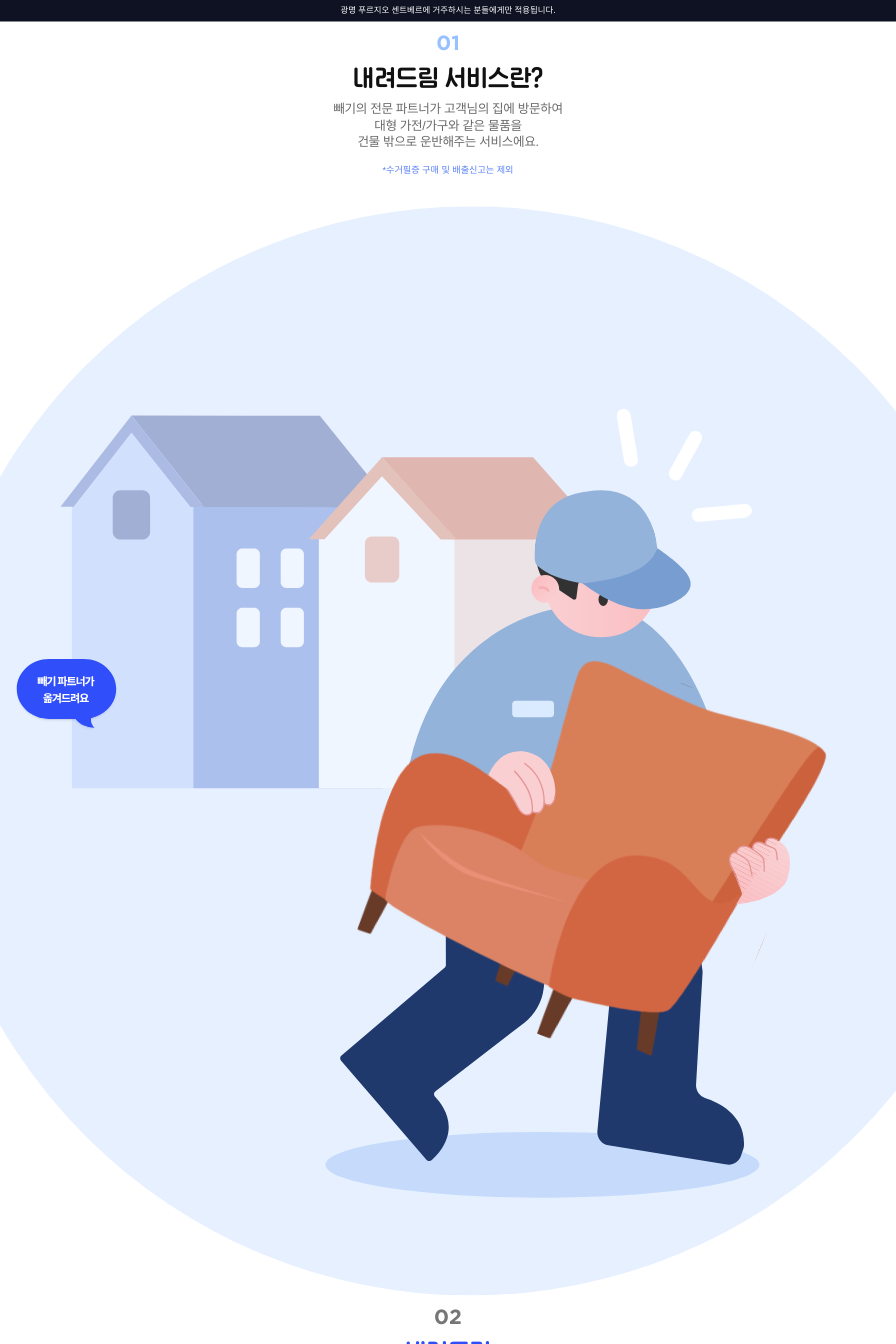
Repository: seraLeeDev/lgthinq-test
Page: index2.html
An editor plug-in stored every save of this project. The page is shown before and after the next save, followed by the edit.
The browser window is 1280 px wide. The pictures show the part of the page from y = 3444 to 5364 px (the page is 19098 px tall before and 19053 px after), at 70% of full size.
Some web fonts or font styles are not loaded; a fallback is used.

Above is the page before, as saved 2023-03-15 12:59:18.
Console error: ReferenceError: AOS is not defined

### index2.html
<!DOCTYPE html>
<html lang="ko">
  <head>
    <meta charset="UTF-8" />
    <meta http-equiv="X-UA-Compatible" content="IE=edge" />
    <meta name="viewport" content="width=device-width, initial-scale=1.0" />
    <title>빼기 | 새롭게 버리는 공식</title>
    <link as="style" rel="stylesheet" href="/css/reset.css" />
    <link as="style" rel="stylesheet" href="/css/font.css" />
    <link as="style" rel="stylesheet" href="/css/style.css" />
    <link href="https://unpkg.com/aos@2.3.1/dist/aos.css" rel="stylesheet" />
    <link
      rel="stylesheet"
      href="https://cdn.jsdelivr.net/gh/orioncactus/pretendard@v1.3.5/dist/web/static/pretendard-dynamic-subset.css"
    />
    <link
      rel="apple-touch-icon"
      sizes="57x57"
      href="/icons/apple-icon-57x57.png"
    />
    <link
      rel="apple-touch-icon"
      sizes="60x60"
      href="/icons/apple-icon-60x60.png"
    />
    <link
      rel="apple-touch-icon"
      sizes="72x72"
      href="/icons/apple-icon-72x72.png"
    />
    <link
      rel="apple-touch-icon"
      sizes="76x76"
      href="/icons/apple-icon-76x76.png"
    />
    <link
      rel="apple-touch-icon"
      sizes="114x114"
      href="/icons/apple-icon-114x114.png"
    />
    <link
      rel="apple-touch-icon"
      sizes="120x120"
      href="/icons/apple-icon-120x120.png"
    />
    <link
      rel="apple-touch-icon"
      sizes="144x144"
      href="/icons/apple-icon-144x144.png"
    />
    <link
      rel="apple-touch-icon"
      sizes="152x152"
      href="/icons/apple-icon-152x152.png"
    />
    <link
      rel="apple-touch-icon"
      sizes="180x180"
      href="/icons/apple-icon-180x180.png"
    />
    <link
      rel="icon"
      type="image/png"
      sizes="192x192"
      href="/icons/android-icon-192x192.png"
    />
    <link
      rel="icon"
      type="image/png"
      sizes="32x32"
      href="/icons/favicon-32x32.png"
    />
    <link
      rel="icon"
      type="image/png"
      sizes="96x96"
      href="/icons/favicon-96x96.png"
    />
    <link
      rel="icon"
      type="image/png"
      sizes="16x16"
      href="/icons/favicon-16x16.png"
    />
    <script type="text/javascript" src="/js/index.js"></script>
    <script src="https://unpkg.com/aos@2.3.1/dist/aos.js"></script>
  </head>
  <body>
    <div class="wrapper">
      <!-- 메인 -->
      <article class="article-box">
        <div class="box-img-full">
          <img src="./img/[LG ThinQ] main img.gif" alt="내려드림,할인드림" />
        </div>
        <div class="main-notice">
          <p>광명 푸르지오 센트베르에 거주하시는 분들에게만 적용됩니다.</p>
        </div>
      </article>
      <!-- ThinQ & 빼기 설명 -->
      <article></article>
      <!-- 내려드림 소개 -->
      <article>
        <!-- 01. 내려드림 서비스란? -->
        <section class="section-wrap">
          <div class="box-content sec1">
            <b class="index text-blue-04-variation">01</b>
            <h2 class="GGothic h2">내려드림 서비스란?</h2>
            <p class="section-desc">
              빼기의 전문 파트너가 고객님의 집에 방문하여<br />
              대형 가전/가구와 같은 물품을<br />
              건물 밖으로 운반해주는 서비스에요.
            </p>
            <small class="section-caption text-blue-03"
              >*수거필증 구매 및 배출신고는 제외</small
            >
          </div>
          <div class="box-img-bubble">
            <img
              src="/img/01_bubble.svg"
              alt="빼기 파트너가 옮겨드려요 말풍선"
            />
          </div>
          <div class="box-img-full">
            <img src="/img/01_illust.svg" alt="사람이 물건을 옮기는 일러스트" />
          </div>
        </section>
        <!-- 02. 내려드림 추천 -->
        <section>
          <div class="box-content">
            <b class="index text-gray76">02</b>
            <h2 class="GGothic h2">
              <span class="text-blue-02">내려드림</span><br />
              이런 분들에게 추천해요!
            </h2>
          </div>

          <ul class="img-card-list">
            <li>
              <img src="./img/02_illust_1.svg" alt="무거운 물건 일러스트" />
            </li>
            <li>
              <img src="./img/02_illust_2.svg" alt="저렴한 가격 일러스트" />
            </li>
            <li>
              <img src="./img/02_illust_3.svg" alt="카드 결제 일러스트" />
            </li>
          </ul>
        </section>
        <!-- 03. 가격 설명 -->
        <section class="bg-receipt">
          <div class="box-content">
            <b class="index text-blue-04">03</b>
            <h2 class="GGothic h2">
              타 업체보다 <br /><span class="text-blue-etc text-highlight"
                >평균 40% 저렴</span
              >해요!
            </h2>
            <p class="section-desc">
              타 업체 견적가 데이터 기준으로<br />
              비교한 금액이에요.
            </p>
          </div>
          <ul class="img-card-list">
            <li>
              <img src="./img/03_illust_1.svg" alt="2인용 소파 가격 그래프" />
            </li>
            <li>
              <img src="./img/03_illust_2.svg" alt="2단 서랍장 가격 그래프" />
            </li>
          </ul>
        </section>
        <!-- 04. 내려드림 신청 방법 -->
        <section class="bg-blue02">
          <div class="box-content">
            <b class="index text-blue-04">04</b>
            <h2 class="GGothic h2 text-white">내려드림 신청 방법</h2>

            <div class="box-content">
              <span class="box-chip GGothic text-white bg-orange02 font-normal"
                >신청 전 확인하기</span
              >
              <div class="box-img-half">
                <img src="./img/apply_step0.svg" alt="회원가입 이미지" />
              </div>
              <p class="text-white section-desc sec4">
                <span class="text-yellow"
                  >이벤트 페이지에서 앱으로 설치·이동 후 <br />회원가입</span
                >을 해주세요
              </p>
            </div>
            <div class="bg-indigo box-caution">
              <img
                class="img-caution"
                src="./img/cancel_impossible_100_filled_gray.svg"
                alt="주의 아이콘"
              />
              <small class="text-indigo text-caution"
                >이벤트 페이지를 통하지 않으면 할인 혜택을 받기 어려워요.<br />
                꼭! 이벤트 페이지를 통해 빼기 앱을 설치해주세요.</small
              >
            </div>
            <div>
              <span class="box-chip GGothic text-white bg-lightblue Gotham"
                >STEP 01</span
              >
              <div class="box-img-half">
                <img src="./img/apply_step1.svg" alt="내려드림 선택 이미지" />
              </div>
              <p class="text-white section-desc sec4">
                메인 - 대형폐기물 탭 - 대신 버려주세요
              </p>
            </div>

            <div>
              <span class="box-chip GGothic text-white bg-lightblue Gotham"
                >STEP 02</span
              >
              <div class="box-img-half">
                <img src="./img/apply_step2.svg" alt="배출장소 선택 이미지" />
              </div>
              <p class="text-white section-desc sec4">
                물품 정보 입력 후 신청페이지에서<br />
                배출물품을 내려놓을 장소를 입력해주세요.
              </p>
            </div>
            <div>
              <span class="box-chip GGothic text-white bg-lightblue Gotham"
                >STEP 03</span
              >
              <div class="box-img-half">
                <img src="./img/apply_step3.svg" alt="내려드림 작업 이미지" />
              </div>
              <p class="text-white section-desc sec4">
                파트너님이 방문해서<br />
                지정하신 장소에 물품을 내려드려요.
              </p>
            </div>
            <div>
              <span class="box-chip GGothic text-white bg-lightblue Gotham"
                >STEP 04</span
              >
              <div class="box-img-half">
                <img src="./img/apply_step4.svg" alt="수거필증 구매 이미지" />
              </div>
              <p class="text-white section-desc sec4">
                작업 완료 후 고객님이<br />
                수거필증을 구매해주셔야해요.
              </p>
            </div>
            <div>
              <span class="box-chip GGothic text-white bg-lightblue Gotham"
                >STEP 05</span
              >
              <div class="box-img-half">
                <img src="./img/apply_step5.svg" alt="빼기번호 부착 이미지" />
              </div>
              <p class="text-white section-desc sec4">
                수거필증 결제 후 제공되는 빼기 번호를<br />
                배출 물품에 떨어지지 않도록 부착해주세요.
              </p>
            </div>
          </div>
        </section>
      </article>
      <!-- 05 : 자주묻는 질문-->
      <article class="bg-black">
        <section>
          <div class="box-content">
            <b class="index text-blue-02">05</b>
            <h2 class="GGothic h2 text-white">자주 묻는 질문</h2>
            <p class="section-desc text-grayb9">
              내려드림과 관련한<br />
              자주 묻는 질문을 정리해뒀어요.
            </p>
          </div>

          <ul class="faq-list">
            <li>
              <div class="faq-head">
                <h5 class="font-bold text-question">Q. 내려드림이 뭐에요?</h5>
                <i class="btn-faq-toggle">
                  <img src="/img/icon_plus_24_black.svg" alt="플러스 버튼" />
                </i>
              </div>
              <p class="text-answer font-normal">
                내려드림이란 빼기의 전문 파트너가 고객님의 집에 방문하여 대형
                가전/가구와 같은 물품을 건물 밖으로 운반해주는 서비스입니다.
              </p>
            </li>
            <li>
              <div class="faq-head">
                <h5 class="font-bold text-question">
                  Q. 수거 필증을 왜 구매해야 하나요?
                </h5>
                <i class="btn-faq-toggle">
                  <img src="/img/icon_plus_24_black.svg" alt="플러스 버튼" />
                </i>
              </div>
              <p class="text-answer font-normal">
                지자체에서 발급되는 수거필증을 구매해야만 내려드림으로 신청하신
                물품이 수거가 됩니다.
              </p>
            </li>
            <li>
              <div class="faq-head">
                <h5 class="font-bold text-question">
                  Q. ThinQ 회원 5% 할인은 어떻게 받나요?
                </h5>
                <i class="btn-faq-toggle">
                  <img src="/img/icon_plus_24_black.svg" alt="플러스 버튼" />
                </i>
              </div>
              <p class="text-answer font-normal">
                이벤트 페이지 내 버튼을 통하여 빼기 앱 설치 후 광명 푸르지오
                센트베르 거주자에 한하여 할인 혜택이 적용됩니다.
              </p>
            </li>
            <li>
              <div class="faq-head">
                <h5 class="font-bold text-question">
                  Q. 일정 변경이 가능한가요?
                </h5>
                <i class="btn-faq-toggle">
                  <img src="/img/icon_plus_24_black.svg" alt="플러스 버튼" />
                </i>
              </div>
              <p class="text-answer font-normal">
                파트너 매칭 전에는 일정 변경이 언제든 가능하며, 파트너 매칭 후
                일정 변경을 희망하실 경우, 매칭 된 빼기 파트너와 직접 일정을
                협의하셔야 합니다.
              </p>
            </li>
            <li>
              <div class="faq-head">
                <h5 class="font-bold text-question">Q. 그 외 질문</h5>
                <i class="btn-faq-toggle">
                  <img src="/img/icon_plus_24_black.svg" alt="플러스 버튼" />
                </i>
              </div>
              <div>
                <p class="text-answer font-normal">
                  빼기 FAQ 페이지에서 더 많은 질문을 확인할 수 있습니다.
                </p>
                <a class="btn-faq-link">다른 질문 확인하기</a>
              </div>
            </li>
          </ul>
        </section>
        <footer>
          <div class="box-img-full">
            <img src="/img/banner.svg" alt="내려드림 이동 배너" />
          </div>
          <div class="footer-logo">
            <p class="text-white">새롭게 버리는 공식</p>
            <img src="/img/bbegi_app_logo.svg" alt="빼기 로고" />
          </div>
        </footer>
      </article>
      <!-- 플로팅 버튼 -->
      <!-- <div class="box-float">
        <button class="btn-float font-bold">빼기 바로가기</button>
      </div> -->
    </div>
  </body>
</html>

### css/font.css
@charset "UTF-8";

@font-face {
  font-family: "Pretendard";
  src: url("https://cdn.jsdelivr.net/gh/orioncactus/pretendard@v1.3.5/dist/web/static/pretendard-dynamic-subset.css");
}

@font-face {
  font-family: "HGSoftGGothicssi";
  font-style: normal;
  font-weight: 100;
  src: url(/font/HGSoftGGothicssi-00g.woff2) format("woff2"),
    url(/font/HGSoftGGothicssi-00g.woff) format("woff"),
    url(/font/HGSoftGGothicssi-00g.otf) format("opentype");
}

@font-face {
  font-family: "HGSoftGGothicssi";
  font-style: normal;
  font-weight: 200;
  src: url(/font/HGSoftGGothicssi-20g.woff2) format("woff2"),
    url(/font/HGSoftGGothicssi-20g.woff) format("woff"),
    url(/font/HGSoftGGothicssi-20g.otf) format("opentype");
}

@font-face {
  font-family: "HGSoftGGothicssi";
  font-style: normal;
  font-weight: 400;
  src: url(/font/HGSoftGGothicssi-40g.woff2) format("woff2"),
    url(/font/HGSoftGGothicssi-40g.woff) format("woff"),
    url(/font/HGSoftGGothicssi-40g.otf) format("opentype");
}

@font-face {
  font-family: "HGSoftGGothicssi";
  font-style: normal;
  font-weight: 600;
  src: url(/font/HGSoftGGothicssi-60g.woff2) format("woff2"),
    url(/font/HGSoftGGothicssi-60g.woff) format("woff"),
    url(/font/HGSoftGGothicssi-60g.otf) format("opentype");
}

@font-face {
  font-family: "HGSoftGGothicssi";
  font-style: normal;
  font-weight: 800;
  src: url(/font/HGSoftGGothicssi-80g.woff2) format("woff2"),
    url(/font/HGSoftGGothicssi-80g.woff) format("woff"),
    url(/font/HGSoftGGothicssi-80g.otf) format("opentype");
}

@font-face {
  font-family: "HGSoftGGothicssi";
  font-style: normal;
  font-weight: 900;
  src: url(/font/HGSoftGGothicssi-90g.woff2) format("woff2"),
    url(/font/HGSoftGGothicssi-90g.woff) format("woff"),
    url(/font/HGSoftGGothicssi-90g.otf) format("opentype");
}

@font-face {
  font-family: "Gotham";
  font-style: normal;
  font-weight: 700;
  src: url(/font/Gotham-Bold.woff2) format("woff2"),
    url(/font/Gotham-Bold.woff) format("woff"),
    url(/font/Gotham-Bold.otf) format("opentype");
}

### css/style.css
@charset "UTF-8";
/*
*
* TYPOGRAPHY
*
*/
html,
body,
.wrapper {
  font-family: "Pretendard", sans-serif !important;
  font-size: 10px; /*1rem: 10px*/
}
.GGothic {
  font-family: "HGSoftGGothicssi", sans-serif !important;
}
.Gotham {
  font-family: "Gotham", sans-serif !important;
}
.font-normal {
  font-weight: 400 !important;
}
.font-semiBold {
  font-weight: 600 !important;
}
.font-bold {
  font-weight: 800 !important;
}
.font-extraBold {
  font-weight: 900 !important;
}
.index {
  font-family: "Gotham", sans-serif !important;
  font-size: 6rem;
}
.h2 {
  margin-bottom: 12px;
  text-align: center;
  font-size: 7rem !important;
  line-height: 0.6;
  color: #111;
}
.section-desc {
  font-size: 1.8rem;
  line-height: 1.3;
  color: #6a6a6a;
  letter-spacing: -0.5px;
}
.section-caption {
  display: inline-block;
  margin-top: 22px;
  font-size: 13px;
}
.text-gray-01 {
  color: #111111 !important;
}
.text-blue-02 {
  color: #304ffb !important;
}
.text-blue-03 {
  color: #5980f9 !important;
}
.text-blue-04 {
  color: #8fb5ff !important;
}
.text-blue-04-variation {
  color: #98c1ff !important;
}
.text-blue-etc {
  color: #2285fa !important;
}
.text-indigo {
  color: #9aa9ff !important;
}
.text-white {
  color: #fff;
}
.text-grayb9 {
  color: #b9b9b9 !important;
}
.text-gray76 {
  color: #767676 !important;
}
.text-yellow {
  color: #ffed8f !important;
}
.index {
  margin-bottom: 15px;
}
.text-caution {
  font-size: 1.2rem;
  line-height: 1.2;
}
.text-question {
  font-size: 1.8rem;
}
.text-answer {
  width: 90%;
  margin-top: 20px;
  font-size: 1.6rem;
  line-height: 1.2;
}
.text-answer::before {
  content: "•";
  padding-right: 5px;
}
/*
*
* COMMON
*
*/

.box-img-full {
  width: 100%;
}
.box-img-full img,
.box-img-half img {
  width: 100%;
  vertical-align: bottom;
}
.box-img-half {
  width: 50%;
  margin: 0 auto;
}
.box-content {
  width: 100%;
  text-align: center;
}
.box-content .sec1 {
  padding: 90px 54px 0;
}
.box-caution {
  display: flex;
  flex-direction: column;
  justify-content: center;
  align-items: center;
  padding: 40px;
}
.box-float {
  position: fixed;
  bottom: 135px;
  display: flex;
  justify-content: center;
  align-items: center;
  width: 100%;
  height: 75px;
}
.box-chip {
  padding: 0.5rem 1.5rem;
  font-size: 2.8rem;
  font-weight: 700;
  border-radius: 50px;
  color: white;
  text-align: center;
  letter-spacing: 0;
}
.bg-orange02 {
  background-color: #f78752 !important;
}
.bg-lightblue {
  background-color: #7d9aff !important;
}
.bg-blue02 {
  background-color: #304ffb !important;
}
.bg-indigo {
  background-color: #192250 !important;
}
.bg-black {
  background-color: #262626 !important;
}
.bg-receipt {
  padding: 100px 0;
  background-color: #edf1ff;
  position: relative;
}
.bg-receipt::before,
.bg-receipt::after {
  position: absolute;
  content: "●●●●●●●●●●●●●●●●●●";
  font-size: 2rem;
  letter-spacing: 6px;
}
.bg-receipt::before {
  color: white;
  top: -10px;
}
.bg-receipt::after {
  color: #304ffb;
  bottom: -10px;
}
.img-card-list {
  width: 100%;
}
.img-card-list li {
  padding: 0 20px;
  margin-bottom: 20px;
}
.img-card-list li:last-child {
  margin: 0;
}
.img-card-list li img {
  width: 100%;
}
.main-notice {
  width: 100%;
  padding: 10px 0;
  background: #0e1222;
}
.main-notice p {
  width: 100%;
  text-align: center;
  font-size: 1.2rem;
  color: #fff;
}
/* article 1 style */
.section-wrap {
  position: relative;
}
.box-img-bubble {
  position: absolute;
  top: 50%;
  left: 20px;
  width: 150px;
}
.box-img-bubble img {
  width: 100%;
}
.section-wrap .box-img-full {
  margin-top: 45px;
}

/* article 2 style */
/* article 3 style */
.text-highlight {
  padding: 0 5px;
  background: url(/img/marker_line.svg) no-repeat 50% 120%;
  background-size: 100%;
}
/* article 4 style */
.section-desc .sec4 {
  letter-spacing: -0.3px;
  font-weight: 400;
}
.img-caution {
  display: block;
  width: 30px;
}
/* article 5 style */
.faq-list {
  padding: 0 24px;
  color: #b9b9b9;
}
.faq-list li {
  padding: 30px 0;
  border-bottom: 1px solid #666666;
}
.faq-list li:last-child {
  border-bottom: none;
}
.faq-head {
  display: flex;
  justify-content: space-between;
  align-items: center;
  width: 100%;
}
/* footer */
.footer-logo {
  display: flex;
  flex-direction: column;
  justify-content: center;
  align-items: center;
  padding: 70px 0;
}
.footer-logo p {
  font-size: 1.8rem;
  margin-bottom: 10px;
}
.footer-logo img {
  width: 100px;
}
/*
*
*BUTTON
*
*/
.btn-faq-toggle {
  display: flex;
  justify-content: center;
  align-items: center;
  width: 40px;
  height: 40px;
}
.btn-faq-toggle img {
  display: block;
  width: 18px;
  height: 18px;
}
.btn-faq-link {
  display: inline-block;
  padding: 10px 15px;
  margin-top: 18px;
  border: 1px solid #b9b9b9;
  font-size: 1.6rem;
  border-radius: 50px;
}
.btn-float {
  width: 80%;
  height: 100%;
  margin: 0 auto;
  font-size: 2.4rem;
  color: white;
  background: #1331d9;
  border-radius: 50px;
  border: none;
  outline: none;
  box-shadow: 0px 10px 20px -5px rgba(0, 0, 0, 0.2);
}

Loaded but not shown: css/reset.css (common file); js/index.js (common file)

After the next save:
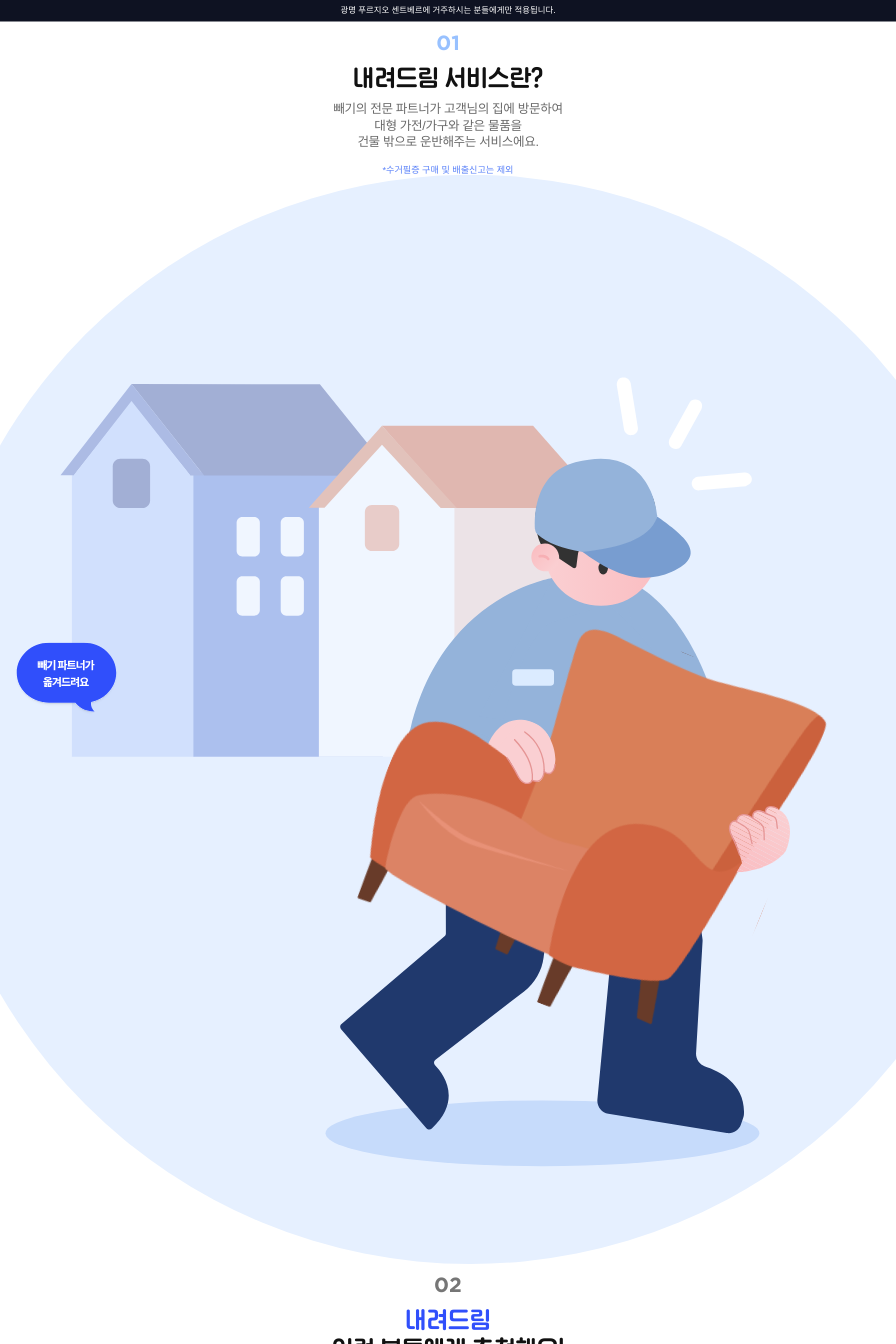
Saved 14 s later.
--- a/css/style.css
+++ b/css/style.css
@@ -225,7 +225,7 @@
 .box-img-bubble img {
   width: 100%;
 }
-.section-wrap .box-img-full {
+.section-wrap.sec1 .box-img-full {
   margin-top: 45px;
 }
 

After the 4 saves that followed:
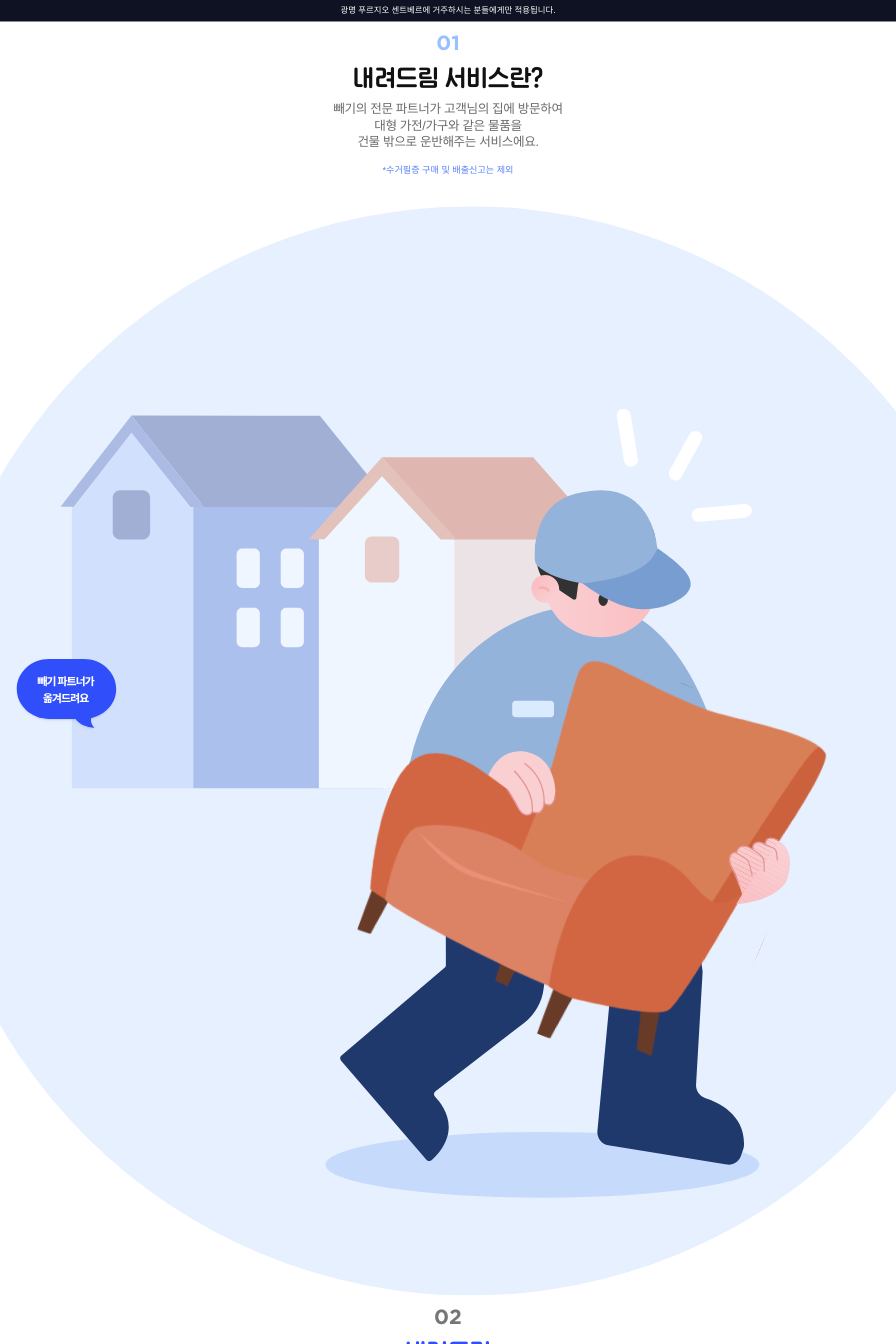
The 4 saves are shown as one change because 3 left the picture as it was.
The last was saved 68 s later.
--- a/index2.html
+++ b/index2.html
@@ -120,7 +120,7 @@
               alt="빼기 파트너가 옮겨드려요 말풍선"
             />
           </div>
-          <div class="box-img-full">
+          <div class="box-img-full sec1">
             <img src="/img/01_illust.svg" alt="사람이 물건을 옮기는 일러스트" />
           </div>
         </section>
--- a/css/style.css
+++ b/css/style.css
@@ -225,7 +225,7 @@
 .box-img-bubble img {
   width: 100%;
 }
-.section-wrap.sec1 .box-img-full {
+.box-img-full.sec1 {
   margin-top: 45px;
 }
 
